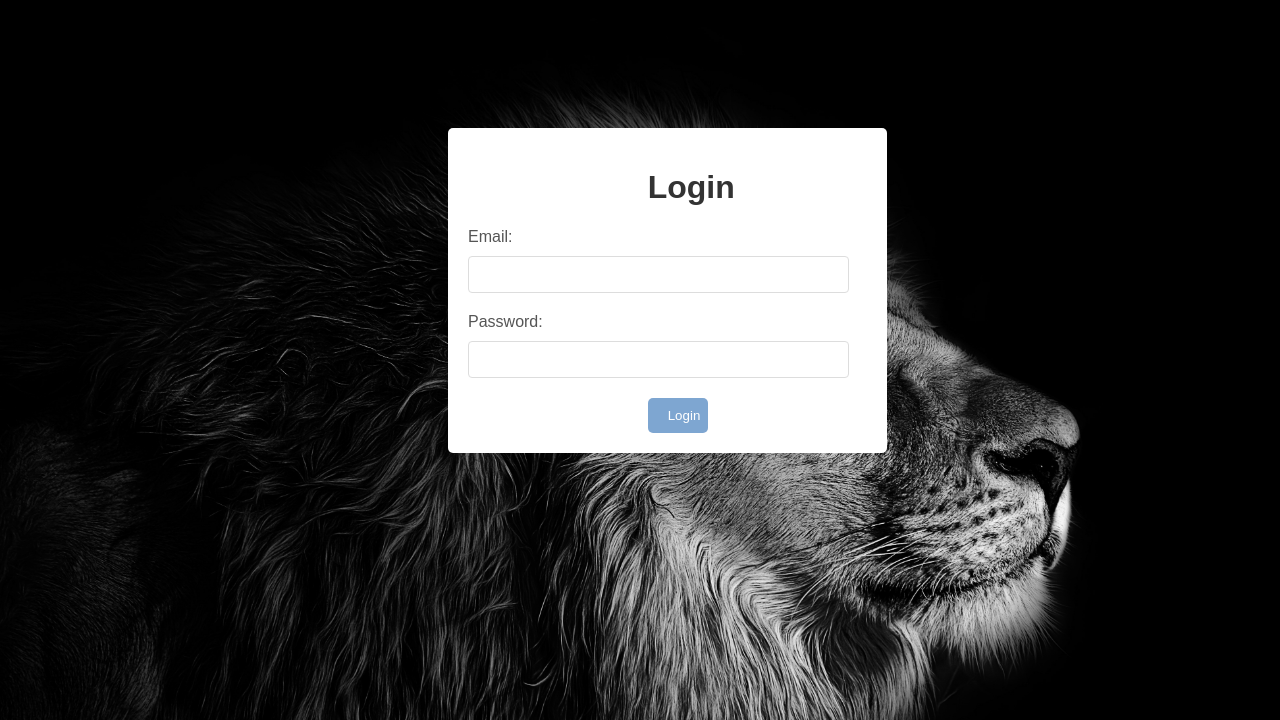
Repository: TemoshoS/User-Profile
Page: http://localhost/login
An editor plug-in stored every save of this project. The page is shown before and after a run of saves, followed by the edit.
The browser window is 1280 px wide. The pictures show the whole page.
The page is served by the project's Node server (app.js).

Above is the page before, as saved 2023-08-01 15:36:54.

After the next 5 saves:
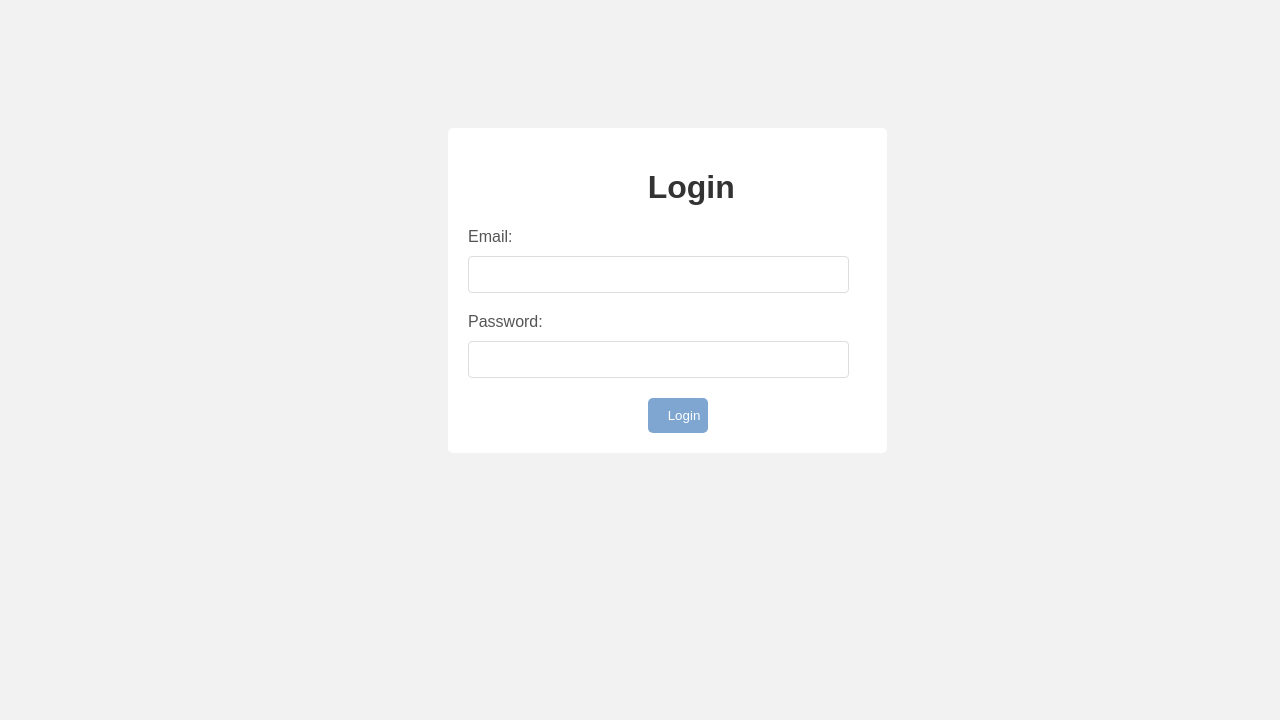
The 5 saves are shown as one change because they came seconds apart.
The last was saved 37 s later.
--- a/views/login.ejs
+++ b/views/login.ejs
@@ -4,7 +4,7 @@
   <title>Login Page</title>
   <link rel="stylesheet"  href="style.css">
 </head>
-<body>
+<body style="background-image: url();">
 
   <form method="post" action="/login">
     <h1>Login</h1>

After the 3 saves that followed:
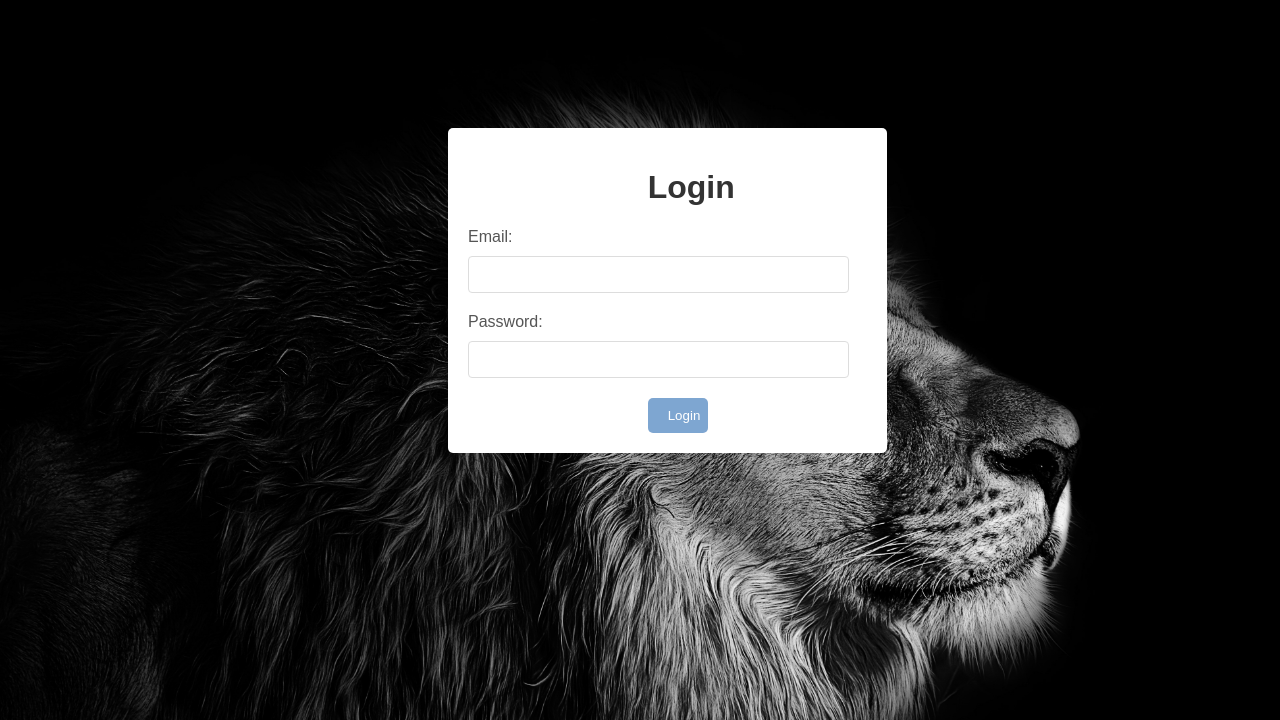
The 3 saves are shown as one change because 1 left the picture as it was and some came seconds apart.
The last was saved 24 s later.
--- a/views/login.ejs
+++ b/views/login.ejs
@@ -4,7 +4,7 @@
   <title>Login Page</title>
   <link rel="stylesheet"  href="style.css">
 </head>
-<body style="background-image: url();">
+<body style=" background-size: cover;background-image: url('./images/wallpaper-4106667.jpg');">
 
   <form method="post" action="/login">
     <h1>Login</h1>
--- a/public/style.css
+++ b/public/style.css
@@ -3,8 +3,7 @@ body {
     background-color: #f2f2f2;
     margin: 0;
     padding: 0;
-    background-size: cover;
-    background-image: url('./images/wallpaper-4106667.jpg');
+
   }
 
   h1 {
